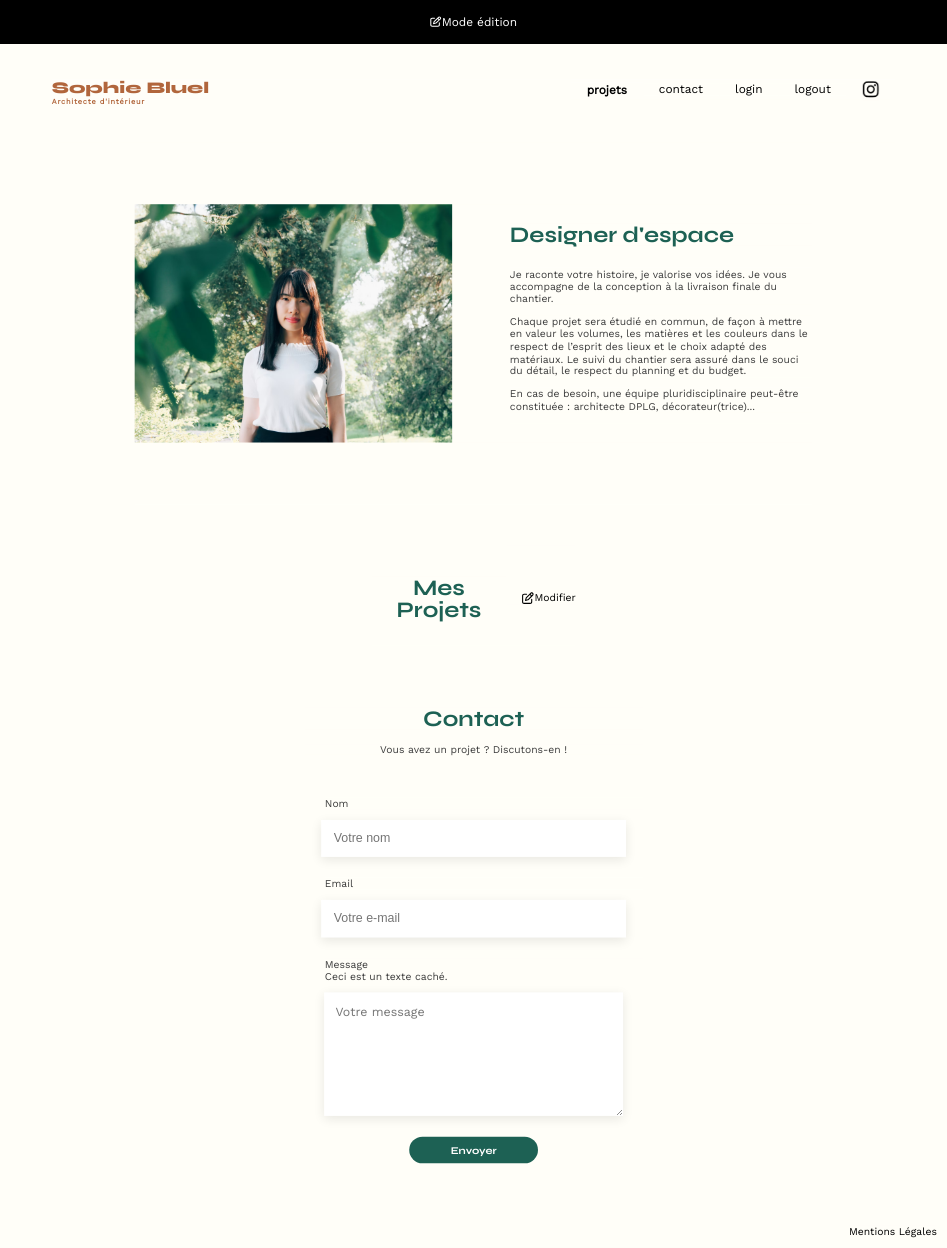
Repository: BlueSoley23/openclassrooms
Page: FrontEnd/index.html
These files come from the project's save history. The page is drawn as it stood at one moment and after the next save; the edit follows.
The browser window is 1280 px wide. The pictures show the whole page, at 74% of full size.
The page's requests for data from a server got no answer.

Above is the page before, as saved 2023-12-21 05:25:35.
Console error: TypeError: categories is not iterable

After the next save:
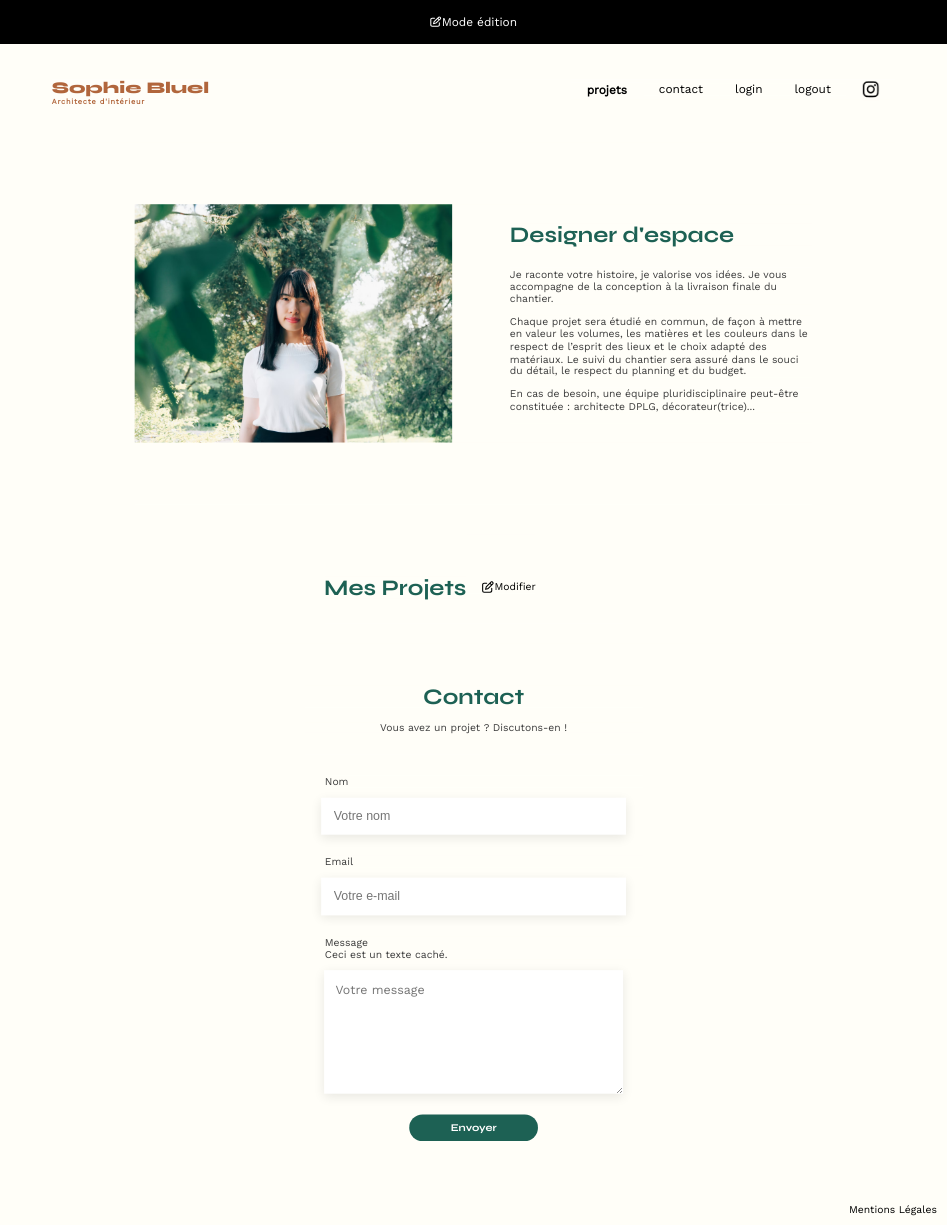
Saved 10 s later.
--- a/FrontEnd/assets/css/style.css
+++ b/FrontEnd/assets/css/style.css
@@ -581,7 +581,7 @@
 		display: flex;
 		flex-direction: row;
 		align-items: center;
-		margin: 0 25vw;
+		margin: 0 20vw;
 	  }
 
 	  .modifier-link__content {
